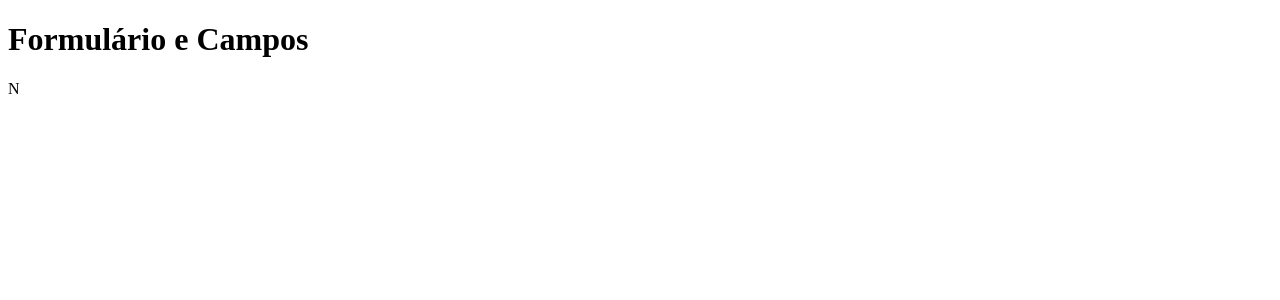
Repository: ErikMesquita/Danki-Code
Page: formulários_e_campos/index.html
The author's editor kept a copy of each file at every save. The page is drawn from the files as they stood at one save, then again after the next save.
The browser window is 1280 px wide. The pictures show the whole page.

Above is the page before, as saved 2023-10-28 16:05:19.

After the next save:
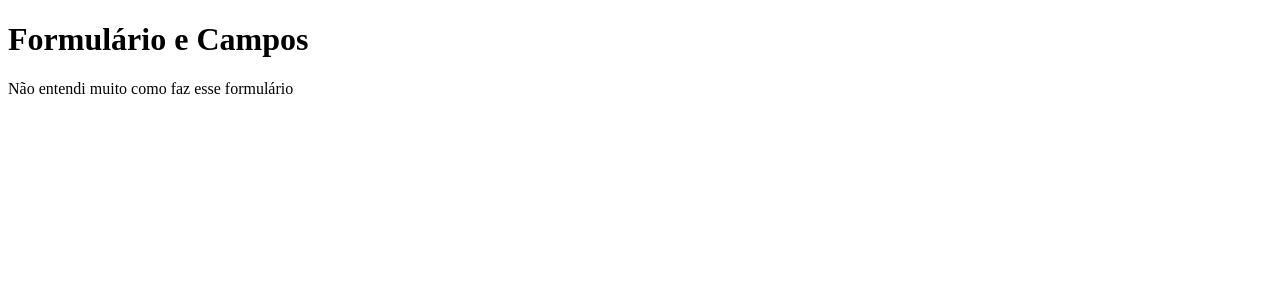
Saved 12 s later.
--- a/formulários_e_campos/index.html
+++ b/formulários_e_campos/index.html
@@ -36,7 +36,7 @@
 
     -->
 
-    <form action="method"> N</form>
+    <form action="method"> Não entendi muito como faz esse formulário</form>
 </body>
 
 </html>
